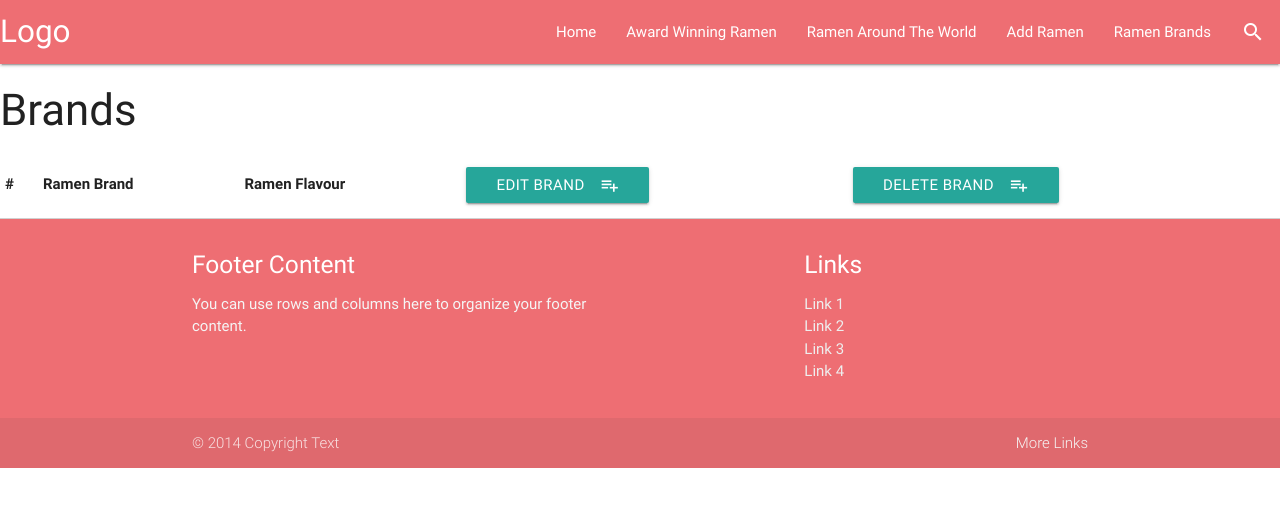
Repository: Paddlepop25/codeinstitute-insta-ramen
Page: templates/brands.html
The author's editor kept a record of every edit. The page is drawn from the files as they stood at one moment, then again after the next edit.
The browser window is 1280 px wide. The pictures show the whole page.
Some web libraries are served in a nearby version. The template is drawn by Flask 3. The application's start-up code is not run. Other server files are loaded and not shown. The template is opened directly, without the code that normally fills it, so the values that code supplies are empty.

Above is the page before.

### templates/brands.html
{% extends 'index.html'%} {% block content %}

<h3>Brands</h3>

<table>
  <thead>
    <th>#</th>
    <th>Ramen Brand</th>
    <th>Ramen Flavour</th>
    {% for brand in brands %}
    <tr>
      <td>{{ brand.Brand }}</td>
      {%- endfor %}
      <td>
        <button class="btn waves-effect waves-light" type="submit" name="action">Edit Brand
        <i class="material-icons right">playlist_add</i>
      </button>
      </td>
      <td>
      <button class="btn waves-effect waves-light" type="submit" name="action">Delete Brand
        <i class="material-icons right">playlist_add</i>
      </button>
      </td>
    </tr>


  </thead>
</table>
{% endblock %}

### templates/index.html
<!DOCTYPE html>
<html>

<head>
  <link href="https://fonts.googleapis.com/icon?family=Material+Icons" rel="stylesheet">
  <link rel="stylesheet" href="https://cdnjs.cloudflare.com/ajax/libs/materialize/0.100.2/css/materialize.min.css">
</head>

<body>
  <header>
    <nav>
      <div class="nav-wrapper">
        <a href="{{url_for('home_page')}}" class="brand-logo">Logo</a>
        <ul id="nav-mobile" class="right hide-on-med-and-down">
          <li><a href="{{url_for('home_page')}}">Home</a></li>
          <li><a href="{{url_for('award_winning')}}">Award Winning Ramen</a></li>
          <li><a href="{{url_for('get_ramen')}}">Ramen Around The World</a></li>
          <li><a href="{{url_for('add_ramen')}}">Add Ramen</a></li>
          <li><a href="{{url_for('get_brands')}}">Ramen Brands</a></li>
          <li><a href="sass.html"><i class="material-icons">search</i></a></li>
        </ul>
      </div>
    </nav>
  </header>
  {% block content %} {% endblock %}
  <footer class="page-footer">
          <div class="container">
            <div class="row">
              <div class="col l6 s12">
                <h5 class="white-text">Footer Content</h5>
                <p class="grey-text text-lighten-4">You can use rows and columns here to organize your footer content.</p>
              </div>
              <div class="col l4 offset-l2 s12">
                <h5 class="white-text">Links</h5>
                <ul>
                  <li><a class="grey-text text-lighten-3" href="#!">Link 1</a></li>
                  <li><a class="grey-text text-lighten-3" href="#!">Link 2</a></li>
                  <li><a class="grey-text text-lighten-3" href="#!">Link 3</a></li>
                  <li><a class="grey-text text-lighten-3" href="#!">Link 4</a></li>
                </ul>
              </div>
            </div>
          </div>
          <div class="footer-copyright">
            <div class="container">
            © 2014 Copyright Text
            <a class="grey-text text-lighten-4 right" href="#!">More Links</a>
            </div>
          </div>
        </footer>
  <script src="https://cdnjs.cloudflare.com/ajax/libs/jquery/3.2.1/jquery.min.js"></script>
  <script src="https://cdnjs.cloudflare.com/ajax/libs/materialize/0.100.2/js/materialize.min.js"></script>
  <!--<script type="text/javascript" src="./static/scripts/app.js"></script>-->
  <script type="text/javascript">
  $(document).ready(function(){
    $('select').material_select();
  });
  </script>
</body>

</html>

After the next edit:
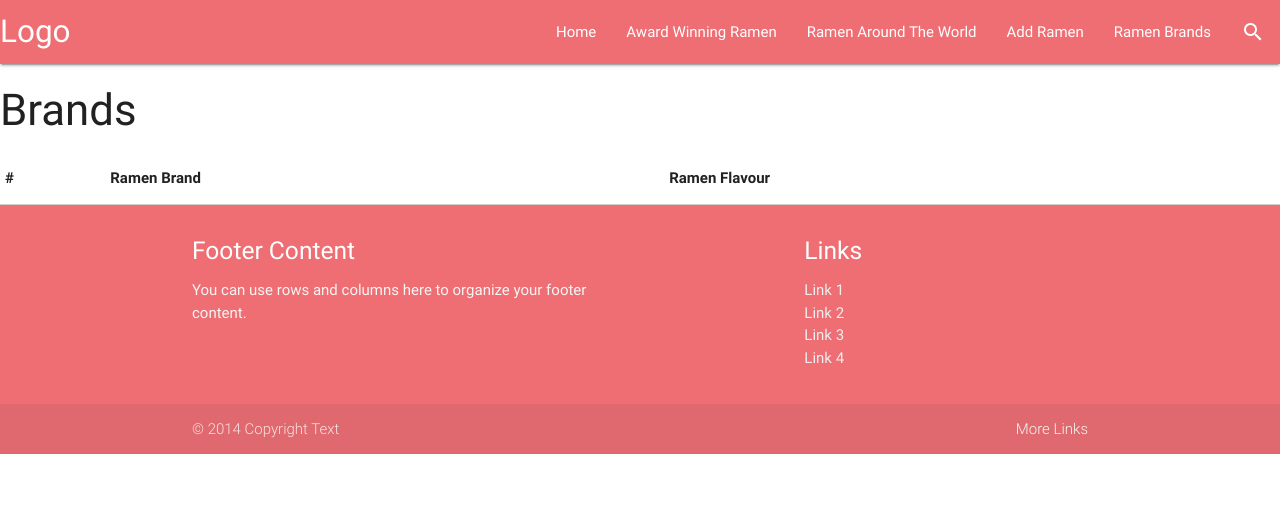
The edit:
--- a/templates/brands.html
+++ b/templates/brands.html
@@ -10,7 +10,6 @@
     {% for brand in brands %}
     <tr>
       <td>{{ brand.Brand }}</td>
-      {%- endfor %}
       <td>
         <button class="btn waves-effect waves-light" type="submit" name="action">Edit Brand
         <i class="material-icons right">playlist_add</i>
@@ -22,6 +21,7 @@
       </button>
       </td>
     </tr>
+      {%- endfor %}
 
 
   </thead>
